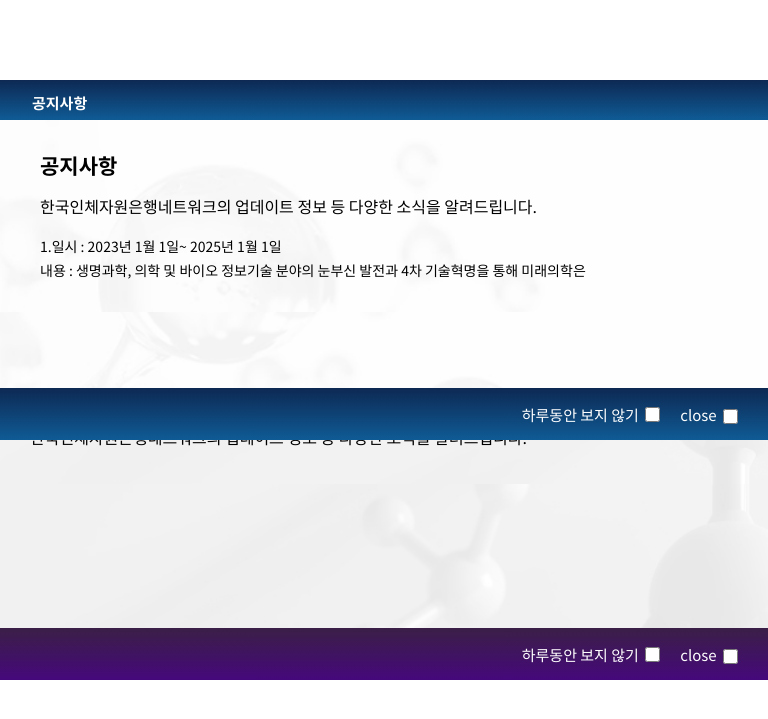
Repository: dlgywls1130/common_popup
Page: index.html
An editor plug-in stored every save of this project. The page is shown before and after the next save, followed by the edit.
The browser window is 768 px wide. The pictures show the whole page.

Above is the page before, as saved 2023-10-26 01:07:10.

### index.html
<!DOCTYPE html>
<html lang="en">
<head>
    <meta charset="UTF-8">
    <meta name="viewport" content="width=device-width, initial-scale=1.0">
    <title>Document</title>

    <link rel="stylesheet" href="./style.css">
</head>
<body>

    <!-- 첫번째 팝업 -->
    <div class="common_modal blue">
        <div class="common_head ">
            공지사항
        </div>
        <div class="common_body">
            <h2 class="common_body_head">
                한국인체자원은행네트워크 공지사항
            </h2>
            <div class="common_body_span">
                한국인체자원은행네트워크의 업데이트 정보 등
                <br>다양한 소식을 알려드립니다.
            </div>
            <div class="common_body_descript">
                <p>1.일시 : 2023년 1월 1일~ 2025년 1월 1일</p>
                <p>2. 내용 : 생명과학, 의학 및 바이오 정보기술 분야의 눈부신
                발전과 4차 기술혁명을 통해 미래의학은 질병의 예방, 진단,
                예후분석, 치료에 있어서 인류가 상상하지 못했던 꿈을 현실로
                실현할 것으로 예상되고 있습니다.</p>
            </div>
        </div>
        <div class="common_footer">
            <div class="day_off">
                <label for="all-none">하루동안 보지 않기</label>
                <input id="all-none" type="checkbox">
            </div>
            <div class="day_close">
                <label for="closechk">close</label>
                <input id="closechk" type="checkbox">
            </div>
        </div>
    </div>

    <!-- 두번째 팝업 -->
    <div class="common_modal orange">
        <div class="common_head">
            공지사항
        </div>
        <div class="common_body">
            <h2 class="common_body_head">
                한국인체자원은행네트워크 공지사항
            </h2>
            <div class="common_body_span">
                한국인체자원은행네트워크의 업데이트 정보 등
                <br>다양한 소식을 알려드립니다.
            </div>
            <div class="common_body_descript mb-34">
                <p>1.일시 : 2023년 1월 1일~ 2025년 1월 1일</p>
                <p>2. 내용 : 생명과학, 의학 및 바이오 정보기술 분야의 눈부신
                발전과 4차 기술혁명을 통해 미래의학은 질병의 예방, 진단,
                예후분석, 치료에 있어서 인류가 상상하지 못했던 꿈을 현실로
                실현할 것으로 예상되고 있습니다.</p>
            </div>
            <div class="common_body_span">
                한국인체자원은행네트워크의 업데이트 정보 등
                <br>다양한 소식을 알려드립니다.
            </div>
            <div class="common_body_descript">
                <p>1.일시 : 2023년 1월 1일~ 2025년 1월 1일</p>
                <p>2. 내용 : 생명과학, 의학 및 바이오 정보기술 분야의 눈부신
                발전과 4차 기술혁명을 통해 미래의학은 질병의 예방, 진단,
                예후분석, 치료에 있어서 인류가 상상하지 못했던 꿈을 현실로
                실현할 것으로 예상되고 있습니다.</p>
            </div>
        </div>
        <div class="common_footer">
            <div class="day_off">
                <label for="all-none">하루동안 보지 않기</label>
                <input id="all-none" type="checkbox">
            </div>
            <div class="day_close">
                <label for="closechk">close</label>
                <input id="closechk" type="checkbox">
            </div>
        </div>
    </div>

    <!-- 세번째팝업 -->
    <div class="common_modal purple">
        <div class="common_head">
            공지사항
        </div>
        <div class="common_body">
            <h2 class="common_body_head">
                한국인체자원은행네트워크 공지사항
            </h2>
            <div class="common_body_span">
                한국인체자원은행네트워크의 업데이트 정보 등
                <br>다양한 소식을 알려드립니다.
            </div>
            <div class="common_body_descript mb-34">
                <p>1.일시 : 2023년 1월 1일~ 2025년 1월 1일</p>
                <p>2. 내용 : 생명과학, 의학 및 바이오 정보기술 분야의 눈부신
                발전과 4차 기술혁명을 통해 미래의학은 질병의 예방, 진단,
                예후분석, 치료에 있어서 인류가 상상하지 못했던 꿈을 현실로
                실현할 것으로 예상되고 있습니다.</p>
            </div>
            <div class="common_body_span">
                한국인체자원은행네트워크의 업데이트 정보 등
                <br>다양한 소식을 알려드립니다.
            </div>
            <p>한국인체자원은행네트워크의 업데이트 정보 등 다양한 소식을
                알려드립니다.</p>
        </div>
        <div class="common_footer">
            <div class="day_off">
                <label for="all-none">하루동안 보지 않기</label>
                <input id="all-none" type="checkbox">
            </div>
            <div class="day_close">
                <label for="closechk">close</label>
                <input id="closechk" type="checkbox">
            </div>
        </div>
    </div>

    <!-- 네번째 팝업 -->
    <div class="common_modal sky">
        <div class="common_head">
            공지사항
        </div>
        <div class="common_body">
            <h2 class="common_body_head">
                공지사항
            </h2>
            <div class="common_body_span mb-34">
                한국인체자원은행네트워크의 업데이트 정보 등
                다양한 소식을 알려드립니다.
            </div>
            <div class="common_body_descript">
                <p>1.일시 : 2023년 1월 1일~ 2025년 1월 1일</p>
                <p>내용 : 생명과학, 의학 및 바이오 정보기술 분야의
                    눈부신 발전과 4차 기술혁명을 통해 미래의학은</p>
            </div>
        </div>
        <div class="common_footer">
            <div class="day_off">
                <label for="all-none">하루동안 보지 않기</label>
                <input id="all-none" type="checkbox">
            </div>
            <div class="day_close">
                <label for="closechk">close</label>
                <input id="closechk" type="checkbox">
            </div>
        </div>
    </div>
</body>

<script src="main.js"></script>
</html>

### style.css


@import url('https://fonts.googleapis.com/css2?family=Noto+Sans+KR:wght@300;400;500;700&display=swap');

html, body, div, span, applet, object, iframe,
h1, h2, h3, h4, h5, h6, p, blockquote, pre,
a, abbr, acronym, address, big, cite, code,
del, dfn, em, img, ins, kbd, q, s, samp,
small, strike, strong, sub, sup, tt, var,
b, u, i, center,
dl, dt, dd, ol, ul, li,
fieldset, form, label, legend,
table, caption, tbody, tfoot, thead, tr, th, td,
article, aside, canvas, details, embed,
figure, figcaption, footer, header, hgroup,
menu, nav, output, ruby, section, summary,
time, mark, audio, video {
	margin: 0;
	padding: 0;
	border: 0;
	font-size: 100%;
	font: inherit;
	vertical-align: baseline;
}

.mb-34{margin-bottom: 34px;}

/* common modal */

.common_modal{
    font-family: 'Noto Sans KR', sans-serif;
    position: relative;
    display: block;

    position: absolute;
    top: 10%;
}

.common_modal .common_head{
    height: 52px;
    color: #fff;
    width: 100%;
    text-align: left;
    font-size: 20px;
    font-weight: 700;
    padding: 10px 55px;
    box-sizing: border-box;
}

.common_modal.blue {
    width: 600px;
    height: 600px;
    background: url('../img/bg1.jpg')no-repeat;
    background-size: cover;
    left: 10%;
}

.common_modal.orange {
    width: 800px;
    height: 800px;
    background: url('../img/bg2.jpg')no-repeat;
    background-size: cover;
    left: 20%;
}

.common_modal.purple {
    width: 700px;
    height: 700px;
    background: url('../img/bg3.jpg')no-repeat;
    background-size: cover;
    left: 30%;
}

.common_modal.sky {
    width: 500px;
    height: 500px;
    background: url('../img/bg4.jpg')no-repeat;
    background-size: cover;
    left: 50%;
}

.common_modal.blue .common_body{
    background: url('../img/bg1.jpg')no-repeat;
    background-size: cover;
    width: 100%;
    padding: 35px 50px;
    box-sizing: border-box;
}

.common_modal.orange .common_body{
    background: url('../img/bg2.jpg')no-repeat;
    background-size: cover;
    width: 100%;
    padding: 35px 50px;
    box-sizing: border-box;
}

.common_modal.purple .common_body{
    background: url('../img/bg3.jpg')no-repeat;
    background-size: cover;
    width: 100%;
    padding: 35px 50px;
    box-sizing: border-box;
}

.common_modal.sky .common_body{
    background: url('../img/bg4.jpg')no-repeat;
    background-size: cover;
    width: 100%;
    padding: 30px 40px;
    box-sizing: border-box;
}

.common_footer{
    position: absolute;
    bottom: 0;
    left: 0;
    width: 100%;
    height: 52px;
    display: flex;
    align-items: center;
    justify-content: flex-end;
    padding: 20px 30px;
    box-sizing: border-box;
}

.common_footer .day_off label,
.common_footer .day_close label{
    color: #fff;
    font-size: 15px;
    font-weight: 300;
    margin-right: 0.4rem;

}
.day_close input{
    margin-top: 0.3rem!important;
}
.common_footer .day_off{
    margin-right: 20px;
    display: flex;
    align-items: center;
}

.common_footer .day_close {
    display: flex;
    align-items: center;
}

.common_footer input[type="checkbox" i] {
    width: 15px;
    height: 15px;
    background-color: #fff;
    border: none;
    margin: 0;
}

.common_modal.blue .common_head,
.common_modal.blue .common_footer
{
    background: linear-gradient(180deg, rgba(13,41,83,1) 0%, rgba(22,37,128,1) 100%);
}

.common_modal.orange .common_head,
.common_modal.orange .common_footer
{
    background: linear-gradient(180deg, rgba(221,85,25,1) 0%, rgba(230,155,24,1) 100%);
}

.common_modal.purple .common_head,
.common_modal.purple .common_footer
{
    background: linear-gradient(180deg, rgba(59,31,71,1) 0%, rgba(69,8,123,1) 100%);
}

.common_modal.sky .common_head,
.common_modal.sky .common_footer
{
    background: linear-gradient(180deg, rgba(13,41,83,1) 0%, rgba(15,91,149,1) 100%);
}


.common_body_head{
    font-size: 30px;
    font-weight: 700;
    margin-bottom: 18px;
}

.common_body_span{
    font-size: 23px;
    font-weight: 500;
    margin-bottom: 18px;
    line-height: 34px;
}

.common_body_descript p{
    font-size: 20px;
    line-height: 35px;
    font-weight: 300;
}

@media screen and (max-width:768px) {
    .common_modal.blue {
        width: 100%;
        height: 500px;
        left: 0;
    }

    .common_modal.orange {
        width: 100%;
        height: 600px;
        left: 0;
    }

    .common_modal.purple {
        width: 100%;
        height: 600px;
        left: 0;
    }

    .common_modal.sky {
        width: 100%;
        height: 360px;
        left: 0;
    }

    .common_body_head {
        font-size: 21px;
        margin-bottom: 13px;
    }

    .common_body_span {
        font-size: 16px;
        line-height: 26px;
    }

    .common_body_descript p {
        font-size: 14px;
        line-height: 24px;
        font-weight: 300;
    }

    .common_modal .common_head {
        height: 40px;
        padding: 12px 32px;
        box-sizing: border-box;
        font-size: 15px;
    }

    .common_modal.purple .common_body{
        padding: 35px 30px;
    }

    .mb-34{
        margin-bottom: 15px;
    }

    .common_modal.orange .common_body{
        padding: 35px 30px;
    }
}

### main.js
// 팝업 닫기 기능
document.querySelectorAll('.day_close input').forEach((closeBtn, index) => {
    closeBtn.addEventListener('change', function() {
        if (this.checked) {
            this.closest('.common_modal').style.display = 'none';
            this.checked = false; // 체크를 해제합니다.
            sessionStorage.removeItem('hideModal' + index); // 해당 팝업의 세션스토리지 정보를 삭제합니다.
        }
    });
});

// 쿠키 설정 함수
function setCookie(name, value, hours) {
    let date = new Date();
    date.setTime(date.getTime() + (hours*60*60*1000));
    let expires = "expires="+date.toUTCString();
    document.cookie = name + "=" + value + ";" + expires + ";path=/";
}

// 쿠키 가져오기 함수
function getCookie(name) {
    let cookieArray = document.cookie.split(';');
    for(let i = 0; i < cookieArray.length; i++) {
        let cookie = cookieArray[i].trim();
        if (cookie.indexOf(name) == 0) {
            return cookie.substring(name.length + 1, cookie.length);
        }
    }
    return "";
}

document.querySelectorAll('.day_off input').forEach((dayOffBtn, index) => {
    dayOffBtn.addEventListener('change', function() {
        if (this.checked) {
            setCookie('hideModal' + index, 'true', 24); // 24시간 동안 쿠키 설정
            this.closest('.common_modal').style.display = 'none';
        }
    });

    if (getCookie('hideModal' + index) === 'true') {
        dayOffBtn.closest('.common_modal').style.display = 'none';
    } else {
        dayOffBtn.closest('.common_modal').style.display = 'block';
    }
});



let isDragging = false;
let currentDragElement = null;
let offsetX, offsetY;

// 마우스 클릭 이벤트 핸들러
document.querySelectorAll(".common_head").forEach((head) => {
  head.addEventListener("mousedown", (e) => {
    isDragging = true;
    currentDragElement = e.target.closest(".common_modal");
    offsetX = e.clientX - currentDragElement.getBoundingClientRect().left;
    offsetY = e.clientY - currentDragElement.getBoundingClientRect().top;
  });
});

// 마우스 이동 이벤트 핸들러
document.addEventListener("mousemove", (e) => {
  if (!isDragging) return;
  const x = e.clientX - offsetX;
  const y = e.clientY - offsetY;
  currentDragElement.style.left = x + "px";
  currentDragElement.style.top = y + "px";
});

// 마우스 클릭 해제 이벤트 핸들러
document.addEventListener("mouseup", () => {
  isDragging = false;
  currentDragElement = null;
});

After the next save:
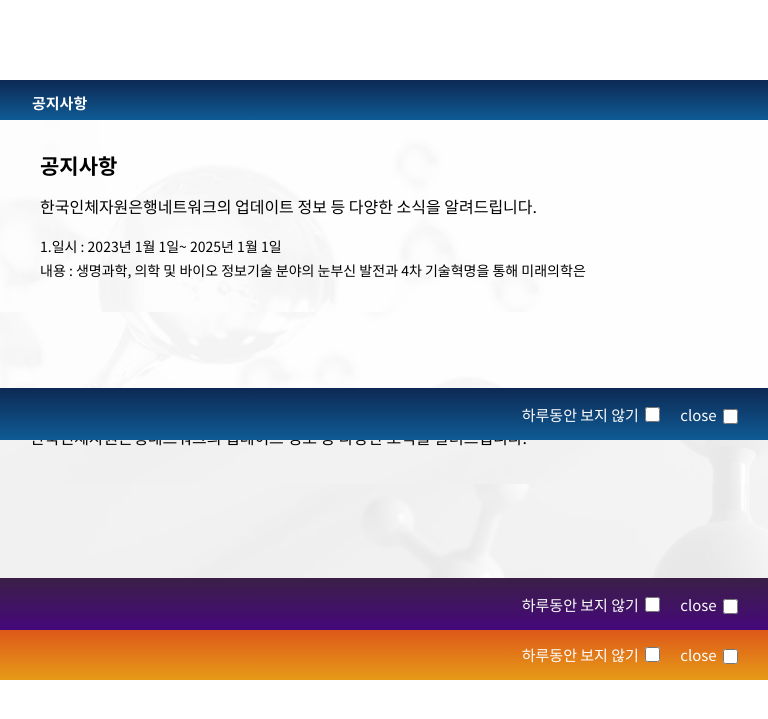
Saved 23 s later.
--- a/style.css
+++ b/style.css
@@ -213,7 +213,7 @@ time, mark, audio, video {
 
     .common_modal.purple {
         width: 100%;
-        height: 600px;
+        height: 550px;
         left: 0;
     }
 
